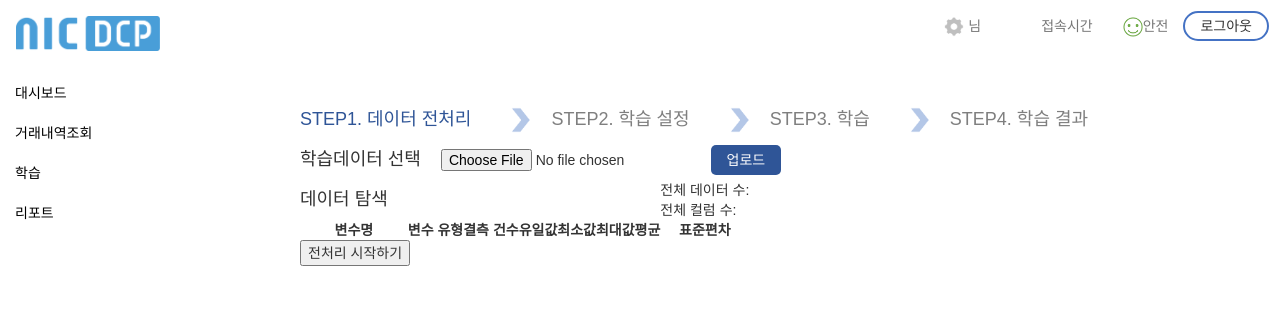
Repository: zzyeah0/project01
Page: http://localhost/nicdcp_frontend/step1_upload.jsp
An editor plug-in stored every save of this project. The page is shown before and after the next save, followed by the edit.
The browser window is 1280 px wide. The pictures show the whole page.
Some web fonts or font styles are not loaded; a fallback is used. The page is served by Tomcat 9. The template is opened directly, without the code that normally fills it, so the values that code supplies are empty.

Above is the page before, as saved 2021-05-24 09:50:39.

After the next save:
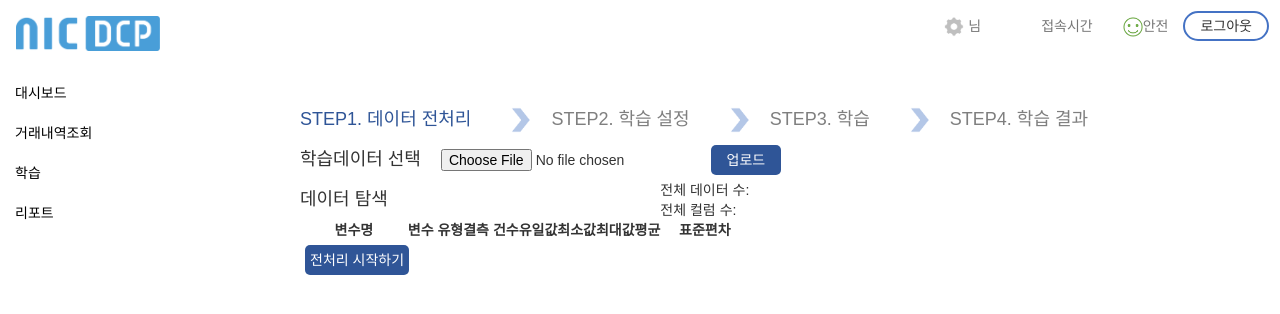
Saved 34 s later.
--- a/nicdcp_frontend/src/main/webapp/step1_upload.jsp
+++ b/nicdcp_frontend/src/main/webapp/step1_upload.jsp
@@ -70,7 +70,7 @@
 			</c:if>
 
 		</table>
-		<input type="button" onclick="location.href='step2.jsp'" value="전처리 시작하기" />
+		<input type="button" onclick="location.href='step2.jsp'" class="btn blue" value="전처리 시작하기" />
 	</div>
 </body>
 </html>
